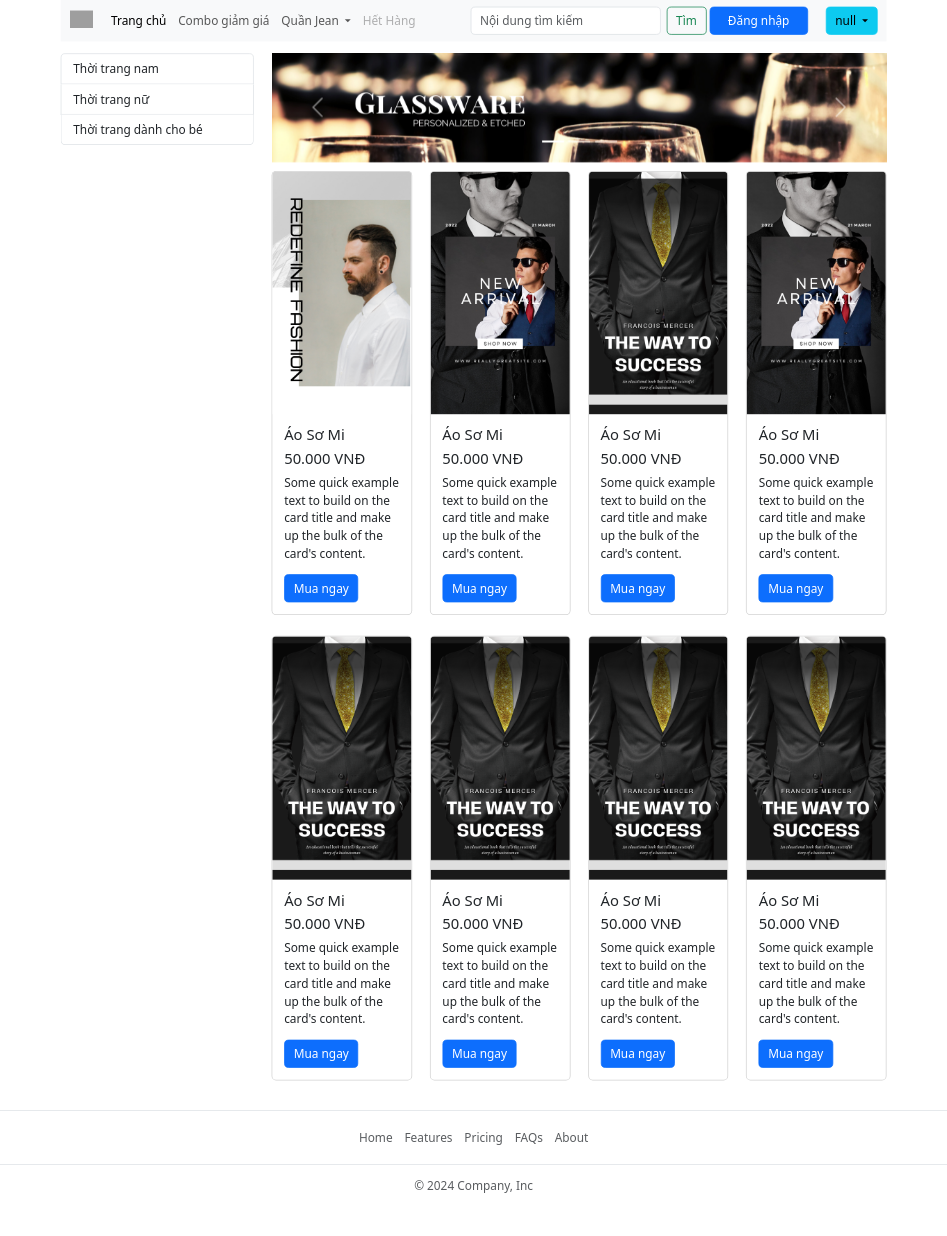
Repository: wuubangdev/bookstore-servlet-jsp
Page: http://localhost/Bai32_WebBanSach_/
These files come from the project's save history. The page is drawn as it stood at one moment and after the next save; the edit follows.
The browser window is 1280 px wide. The pictures show the whole page, at 74% of full size.
Pictures or frames that could not be fetched are drawn as grey boxes. The page is served by Tomcat 9.

Above is the page before, as saved 2024-03-24 10:39:45.

After the next save:
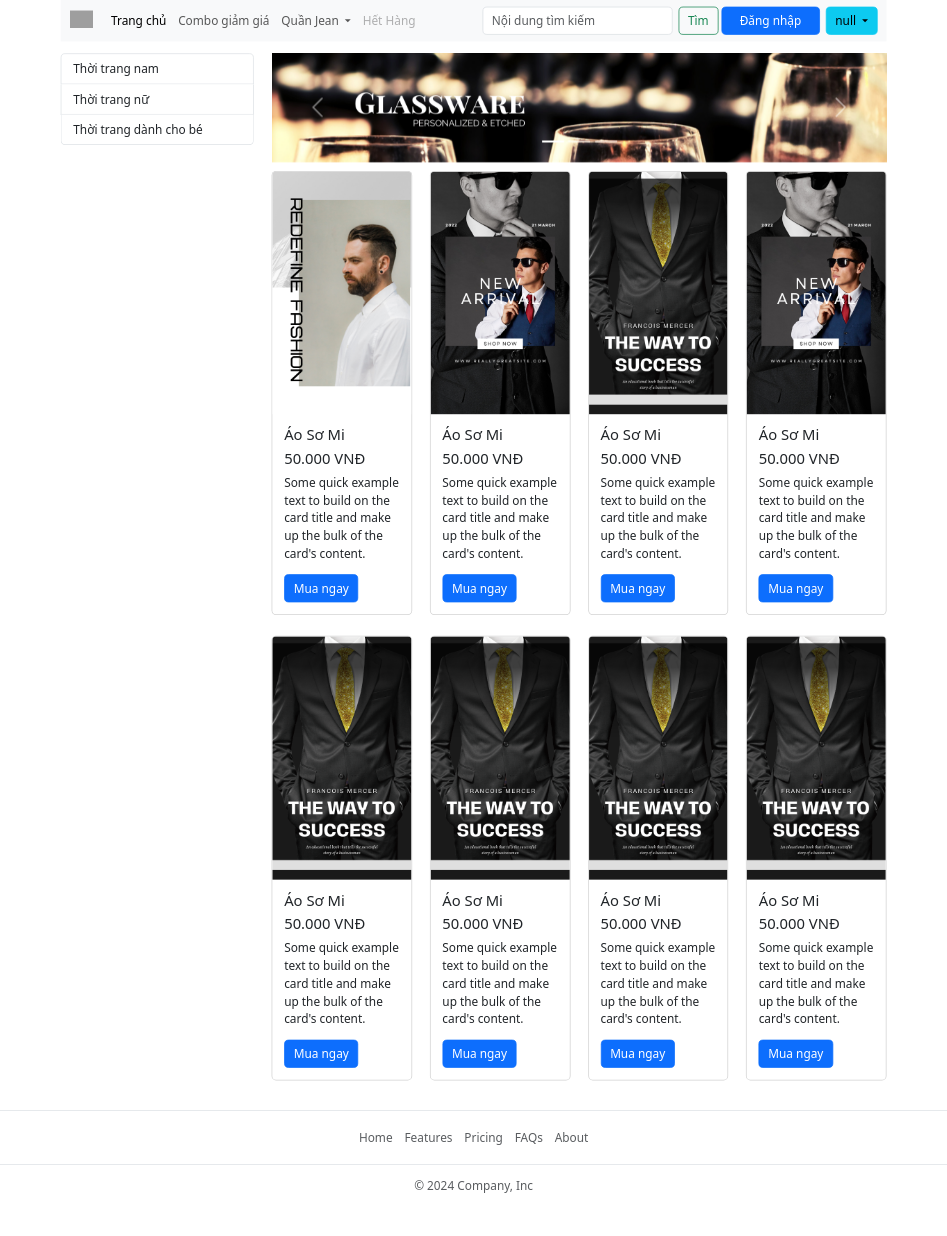
Saved 10 s later.
--- a/Bai32_WebBanSach_/src/main/webapp/index.jsp
+++ b/Bai32_WebBanSach_/src/main/webapp/index.jsp
@@ -61,7 +61,7 @@
 					<a class="btn btn-primary px-4" style="white-space: nowrap; margin-left: 4px;" href="login.jsp">Đăng nhập</a>
 					<%} else { %>
 					<%} %>
-					<div class="dropdown primary ms-4">
+					<div class="dropdown primary ms-2">
 					  <button class="btn btn-info dropdown-toggle" type="button" data-bs-toggle="dropdown" aria-expanded="false">
 					    <%=userName%>
 					  </button>
